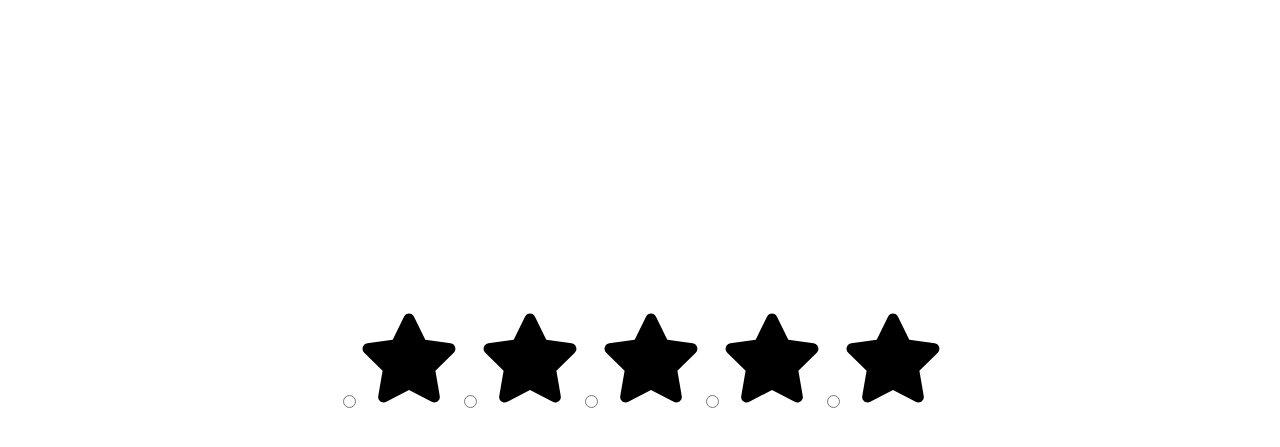
Repository: praveen-javali/star-rating
Page: /
An editor plug-in stored every save of this project. The page is shown before and after the next save, followed by the edit.
The browser window is 1280 px wide. The pictures show the whole page.
The project was rebuilt for these pictures with package versions that can differ from the ones it lists, and the page was loaded fresh each time.

Above is the page before, as saved 2022-12-18 16:10:30.

### src/App.js
import "./App.css";
import StarRating from "./components/StarRating.component";

function App() {
  return (
    <div className="App">
      <StarRating />
    </div>
  );
}

export default App;

### src/App.css
.App {
  display: flex;
  justify-content: center;
  align-items: center;
  min-height: 100vh;
}
/* input[type="radio"] {
  display: none;
} */

### src/components/StarRating.component.jsx
import React from "react";
import { FaStar } from "react-icons/fa";

const StarRating = () => {
  return (
    <div>
      {[...Array(5)].map((star, index) => {
        return (
          <>
            <label key={index}>
              <input type="radio" name="rating" />
              <FaStar size={100} />
            </label>
          </>
        );
      })}
    </div>
  );
};

export default StarRating;

Loaded but not shown: public/index.html (common file); src/index.js (common file); src/index.css (common file); src/reportWebVitals.js (common file)

After the next save:
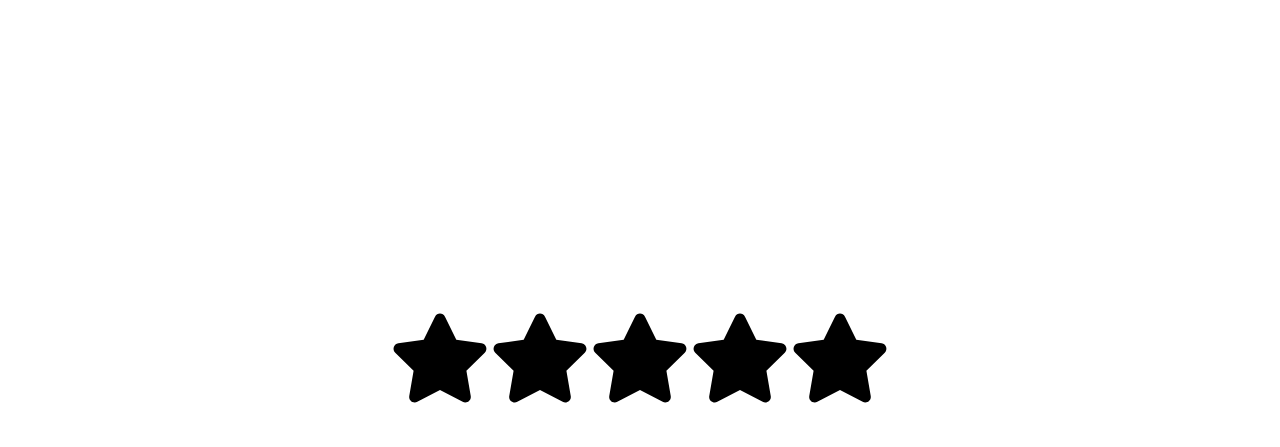
Saved 7 s later.
--- a/src/App.css
+++ b/src/App.css
@@ -4,6 +4,6 @@
   align-items: center;
   min-height: 100vh;
 }
-/* input[type="radio"] {
+input[type="radio"] {
   display: none;
-} */
+}

After the save that followed:
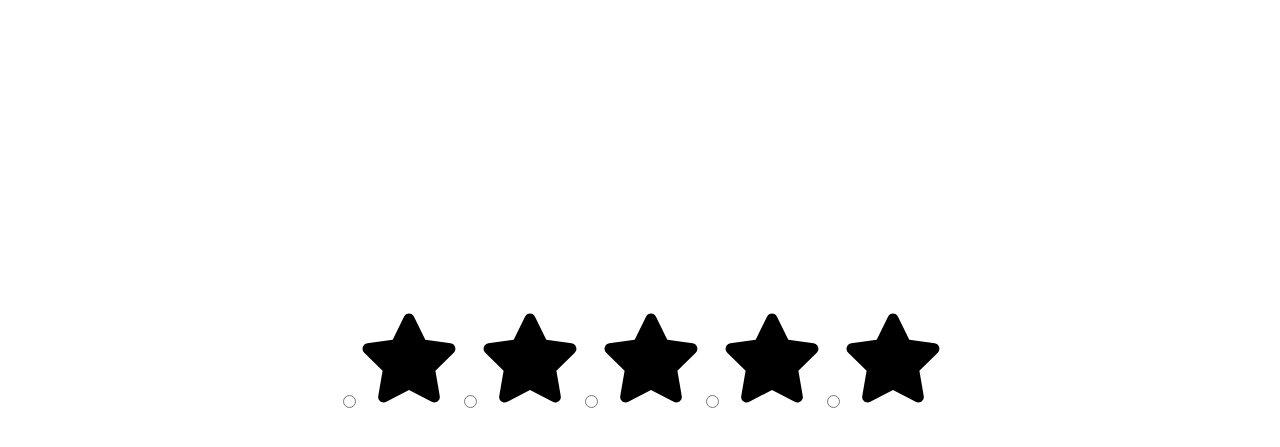
Saved 40 s later.
--- a/src/App.css
+++ b/src/App.css
@@ -4,6 +4,6 @@
   align-items: center;
   min-height: 100vh;
 }
-input[type="radio"] {
+/* input[type="radio"] {
   display: none;
-}
+} */
